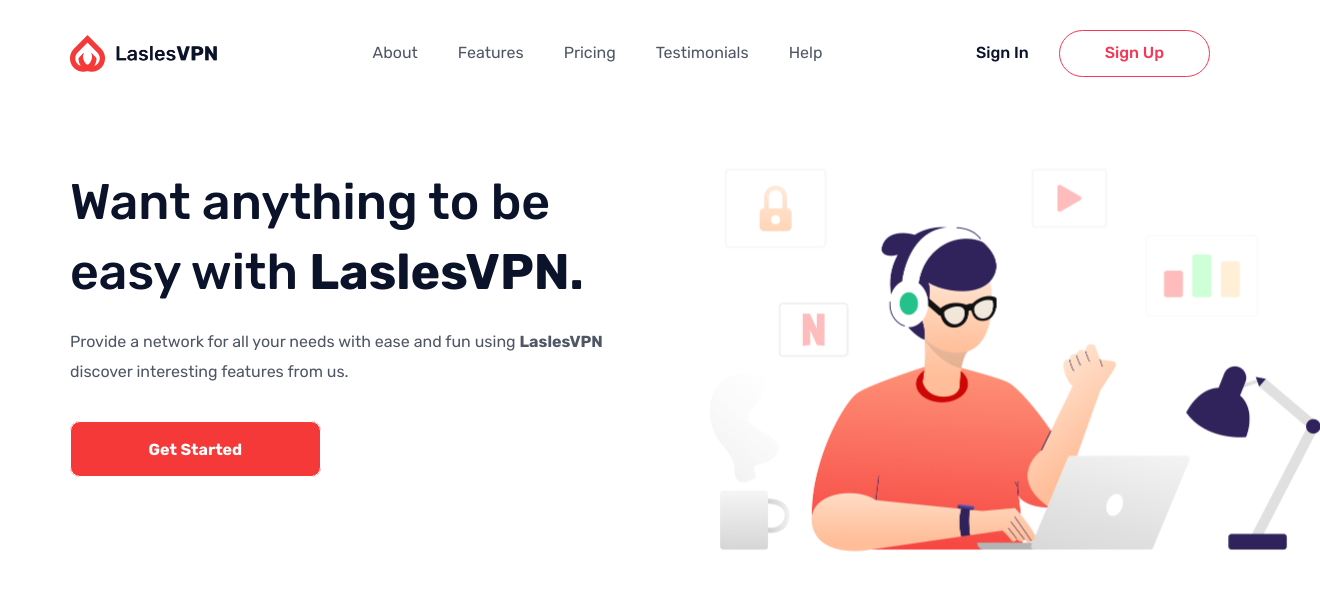
Repository: thefellowshiplotr/lasles_recode
Page: index.html
An editor plug-in stored every save of this project. The page is shown before and after the next save, followed by the edit.
The browser window is 1280 px wide. The page is 1320 px wide, then 1280 px, so the pictures cover 1320 px, including what lies to the right of the window. The pictures show the whole page.
The style sheet was rebuilt from its Sass, Less or Tailwind sources for each picture, by a compiler version that may differ from the author's.

Above is the page before, as saved 2022-10-28 13:56:50.

### index.html
<!DOCTYPE html>
<html lang="en">
  <head>
    <meta charset="UTF-8" />
    <meta http-equiv="X-UA-Compatible" content="IE=edge" />
    <meta name="viewport" content="width=device-width, initial-scale=1.0" />
    <title>Lasles Vpn</title>
    <link rel="preconnect" href="https://fonts.googleapis.com" />
    <link rel="preconnect" href="https://fonts.gstatic.com" crossorigin />
    <link
      href="https://fonts.googleapis.com/css2?family=Rubik:wght@400;500;700&display=swap"
      rel="stylesheet"
    />
    <link rel="stylesheet" href="./css/app.css" />
  </head>
  <body>
    <div class="wrapper">
      <header class="header">
        <div class="container">
          <div class="header-container">
            <img srcset="./img/logo.png 2x" alt="" class="header-logo" />
            <ul class="menu">
              <li class="menu-item">
                <a href="#" class="menu-link">About</a>
              </li>
              <li class="menu-item">
                <a href="#" class="menu-link">Features</a>
              </li>
              <li class="menu-item">
                <a href="#" class="menu-link">Pricing</a>
              </li>
              <li class="menu-item">
                <a href="#" class="menu-link">Testimonials</a>
              </li>
              <li class="menu-item">
                <a href="#" class="menu-link">Help</a>
              </li>
            </ul>
            <div class="header-auth">
              <a href="#" class="header-signin">Sign In</a>
              <a href="#" class="header-signup">Sign Up</a>
            </div>
          </div>
        </div>
      </header>
    </div>
    <div class="wrapper">
      <section class="hero">
        <div class="container">
          <div class="hero-container">
            <div class="hero-content">
              <h1 class="hero-heading">
                Want anything to be easy with
                <strong class="hero-laslesvpn">LaslesVPN.</strong>
              </h1>
              <p class="hero-desc">
                Provide a network for all your needs with ease and fun using
                <strong class="hero-laslesvpn2">LaslesVPN</strong> discover
                interesting features from us.
              </p>
            </div>
            <div class="hero-btn">
              <a href="" class="button button-primary">Get Started</a>
            </div>
            <div class="hero-img">
              <img srcset="./img/hero-image.png 2x" alt="" />
            </div>
          </div>
        </div>
      </section>
    </div>
  </body>
</html>

### sass/app.scss
@import "reset";
@import "variables";
@import "global";
@import "header";
@import "menu";
@import "hero";

### sass/_variables.scss
$font: "Rubik", sans-serif;
$text-color: #4f5665;
$heading-color: #0b132a;
$primary-color: #f53838;
$secondary-color: #f53855;
$gray-color: #f6f6f6;
$gray-light-color: #f8f8f8;
$gray-lighter-color: #afb5c0;

### sass/_global.scss
.wrapper {
  max-width: 1440px;
  margin: 0 auto;
}

.container {
  max-width: 1170px;
  margin: 0 auto;
  padding: 0 15px;
}

body {
  line-height: 1;
  font-family: $font;
  color: $text-color;
  font-weight: 400;
}

.button {
  &-primary {
    color: #fff;
    padding: 17.5px 77.5px;
    border: none;
    background-color: $primary-color;
    border: 1px solid;
    border-radius: 10px;
    white-space: nowrap;
  }
}

### sass/_header.scss
.header {
  padding-top: 30px;
  padding-bottom: 90px;
  &-container {
    display: flex;
    justify-content: space-between;
    align-items: center;
  }
  &-auth {
    display: flex;
    align-items: center;
    gap: 0 30px;
  }
  &-signin {
    color: $heading-color;
    font-weight: 500;
    font-size: 16px;
    line-height: calc(18.96 / 16);
  }
  &-signup {
    color: $secondary-color;
    font-weight: 500;
    font-size: 16px;
    line-height: calc(18.96 / 16);
    padding: 13px 45px;
    border: 1px solid $secondary-color;
    border-radius: 50px;
    // border-radius: 100rem;
  }
}

### sass/_menu.scss
.menu {
  list-style: none;
  display: flex;
  align-items: center;
  gap: 0 40px;
  &-link {
    color: inherit;
    font-size: 16px;
    line-height: calc(18.96 / 16);
  }
}

### sass/_hero.scss
.hero {
  &-content {
    width: 100%;
    max-width: 555px;
    display: flex;
    align-items: center;
    flex-direction: column;
    align-content: center;
  }
  &-img {
    position: absolute;
    top: 50%;
    transform: translate(40px, -50%);
    right: 0;
  }
  &-heading {
    color: $heading-color;
    font-weight: 500;
    font-size: 50px;
    line-height: calc(70 / 50);
    margin-bottom: 20px;
  }
  &-desc {
    font-weight: 400;
    font-size: 16px;
    line-height: calc(30 / 16);
    margin-bottom: 50px;
  }
  &-laslesvpn {
    font-weight: 700;
    font-size: 50px;
    line-height: calc(70 / 50);
  }
  &-btn {
    font-weight: 700;
    font-size: 16px;
    line-height: calc(25 / 16);
  }
}

Loaded but not shown: sass/_reset.scss (common file)

After the next save:
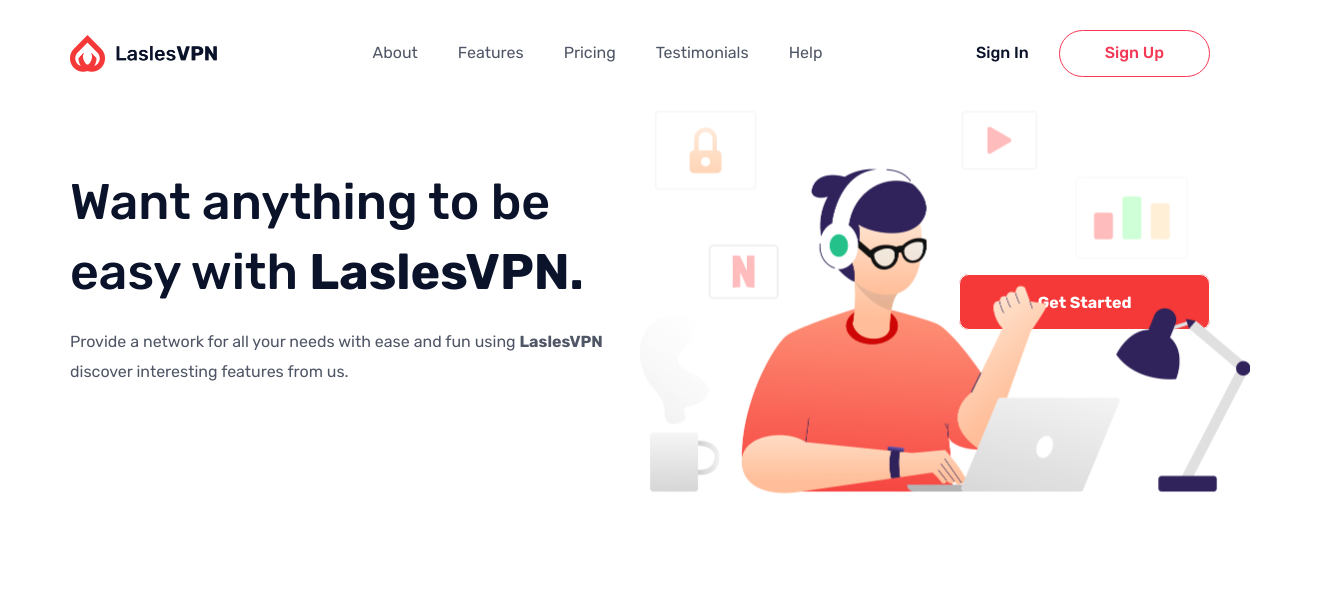
Saved 27 s later.
--- a/sass/_hero.scss
+++ b/sass/_hero.scss
@@ -1,4 +1,10 @@
 .hero {
+  &-container {
+    display: flex;
+    justify-content: space-between;
+    align-items: center;
+    position: relative;
+  }
   &-content {
     width: 100%;
     max-width: 555px;
